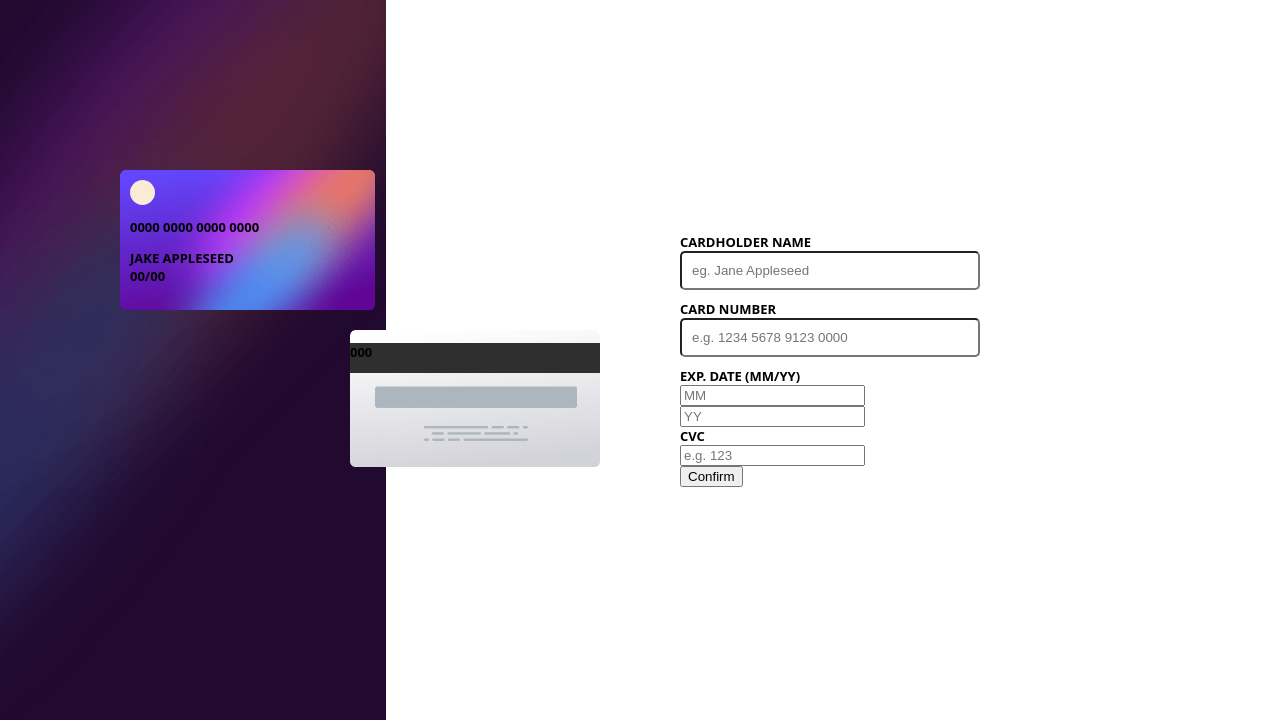
Repository: Celebration-cloud/my-project
Page: interactive-card-details-form-main/index.html
An editor plug-in stored every save of this project. The page is shown before and after the next save, followed by the edit.
The browser window is 1280 px wide. The pictures show the whole page.

Above is the page before, as saved 2023-08-23 00:55:09.

### interactive-card-details-form-main/index.html
<!DOCTYPE html>
<html lang="en">
<head>
  <meta charset="UTF-8">
  <meta name="viewport" content="width=device-width, initial-scale=1.0"> <!-- displays site properly based on user's device -->

  <link rel="icon" type="image/png" sizes="32x32" href="./images/favicon-32x32.png">
  <link rel="stylesheet" href="index.css">

  <title>Frontend Mentor | Interactive card details form</title>

  <!-- Feel free to remove these styles or customise in your own stylesheet 👍 -->
  <style>
    .attribution { font-size: 11px; text-align: center; }
    .attribution a { color: hsl(228, 45%, 44%); }
  </style>
</head>
<body>
  <div class="container">
    <section id="section-a" class="section-a">
      <div id="card">
        <div id="profile"></div><span class="detail"></span>
        <p id="card-number">0000 0000 0000 0000</p>
        <div id="others">
          <div id="card-name">JAKE APPLESEED</div>
          <div id="exp-date">00/00</div>
        </div>
      </div>
      <div id="card-back">
        <p id="cvc-digit">000</p>
      </div>

    </section>
    <!-- Add your site or application content here -->
    <!-- Card Details Form Section-->
    <section id="section-b" class="section-b">
      <form action="">
        <label for="name" id="cardholder-numeber-label">CARDHOLDER NAME</label><br/>
        <input name="name" id="cardholder-numeber-input" aria-required="false" placeholder="eg. Jane Appleseed" required/><br/>
        <label for="card-number" id="card-number-label">CARD NUMBER</label><br/>
        <input name="card-number" id="card-number-input" type="tel" aria-required="false" placeholder="e.g. 1234 5678 9123 0000" required/><br/>
        <div class="more">
          <div class="date">

          </div>
          <div class="back-info">

          </div>
        </div>
        <label for="expire-date" id="expire-date-label">EXP. DATE (MM/YY)</label><br/>
        <input name="expire-date" id="expire-date" type="tel" aria-required="false" placeholder="MM" required/><br/>
        <input name="expire-date" id="expire-date2" type="tel" aria-required="false" placeholder="YY" required/><br/>
        <label for="cvc" id="cvc-label">CVC</label><br/>
        <input name="cvc" aria-required="false" id="cvc" type="tel" placeholder="e.g. 123" required/><br/>
        <button type="submit">Confirm</button>
      </form>

    </section>
  </div>

  <!-- 0000 0000 0000 0000
  00/00

  000

  Cardholder Name
  e.g. Jane Appleseed

  Card Number
  e.g. 1234 5678 9123 0000

  Exp. Date (MM/YY)
  MM
  YY

  CVC
  e.g. 123

  Confirm -->

  <!-- Completed state start -->

  <!-- Thank you!
  We've added your card details
  Continue -->

  <!-- <div class="attribution">
    Challenge by <a href="https://www.frontendmentor.io?ref=challenge" target="_blank">Frontend Mentor</a>.
    Coded by <a href="#">Your Name Here</a>.
  </div> -->
</body>
</html>

### interactive-card-details-form-main/index.css
body{
    font-family: system-ui, -apple-system, BlinkMacSystemFont, 'Segoe UI', Roboto, Oxygen, Ubuntu, Cantarell, 'Open Sans', 'Helvetica Neue', sans-serif;
    font-weight: bolder;
    font-size: small;
    margin: 0;
    -webkit-user-select: none;
    user-select: none;
    padding: 0;
    background-image: url(images/bg-main-desktop.png);
    background-repeat: no-repeat;
    background-size: contain;
    height: 100%;
}
.container{
    display: flex;
    height: 100vh;
    gap: 80px;
}
#section-a{
    align-self: center;
    width: 50%;
    gap: 20px;
    display: flex;
    flex-direction: column;

}
#card{
    background-image: url(images/bg-card-front.png);
    background-repeat: no-repeat;
    background-size: contain;
    width: 290px;
    height: 120px;
    border-radius: 5px;
    padding: 10px;
    margin-left: 120px;
    display: flex;
    flex-direction: column;
}
#profile{
    width: 25px;
    height: 25px;
    background-color: antiquewhite;
    border-radius: 100%;
}
#card-number{

}
#others{

}
#exp-date{

}
#card-back{
    background-image: url(images/bg-card-back.png);
    background-repeat: no-repeat;
    background-size: contain;
    width: 250px;
    height: 220px;
    border-radius: 5px;
    align-self: flex-end;
}
#cvc-digit{

}
#section-b{
    align-self: center;
    width: 50%;
    gap: 20px;
    display: flex;
    flex-direction: column;
}
#cardholder-numeber-input{
    box-sizing: border-box;
    padding: 10px;
    border-radius: 5px;
    width: 50%;
    margin-bottom: 10px;
}
#card-number-input{
    box-sizing: border-box;
    padding: 10px;
    border-radius: 5px;
    width: 50%;
    margin-bottom: 10px;
}

After the next save:
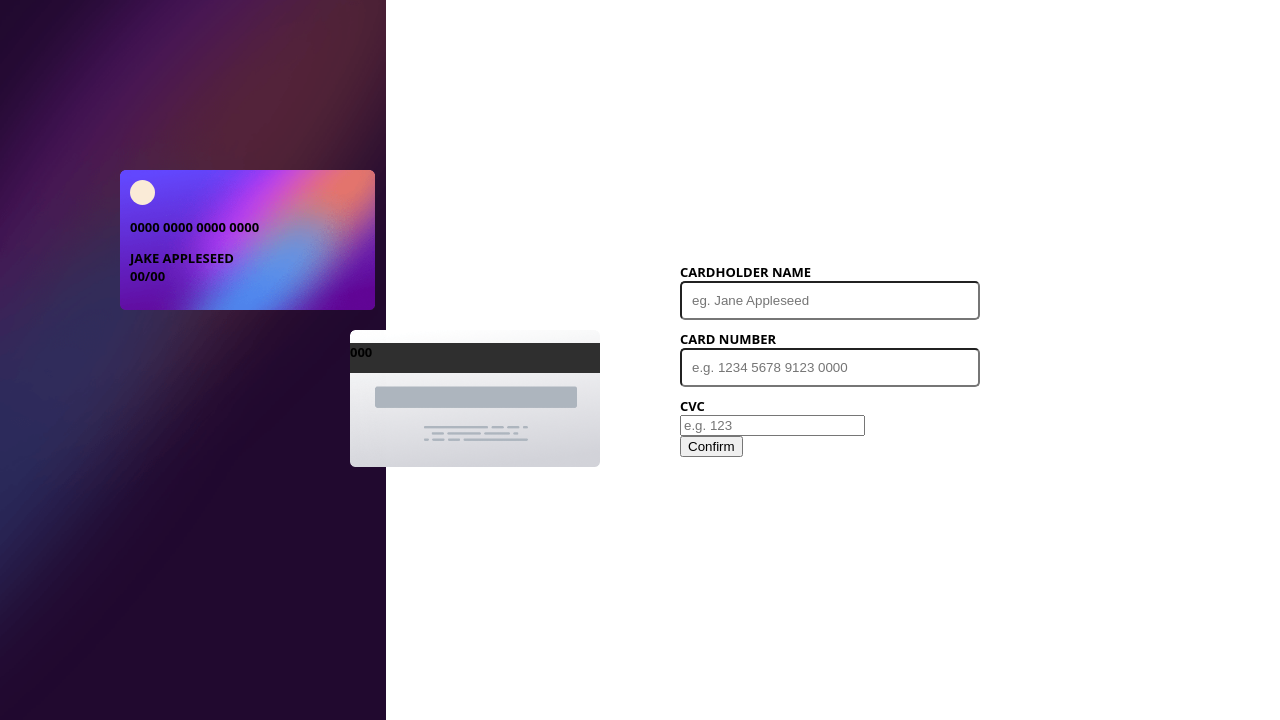
Saved 22 s later.
--- a/interactive-card-details-form-main/index.html
+++ b/interactive-card-details-form-main/index.html
@@ -47,9 +47,7 @@
 
           </div>
         </div>
-        <label for="expire-date" id="expire-date-label">EXP. DATE (MM/YY)</label><br/>
-        <input name="expire-date" id="expire-date" type="tel" aria-required="false" placeholder="MM" required/><br/>
-        <input name="expire-date" id="expire-date2" type="tel" aria-required="false" placeholder="YY" required/><br/>
+
         <label for="cvc" id="cvc-label">CVC</label><br/>
         <input name="cvc" aria-required="false" id="cvc" type="tel" placeholder="e.g. 123" required/><br/>
         <button type="submit">Confirm</button>

After the 2 saves that followed:
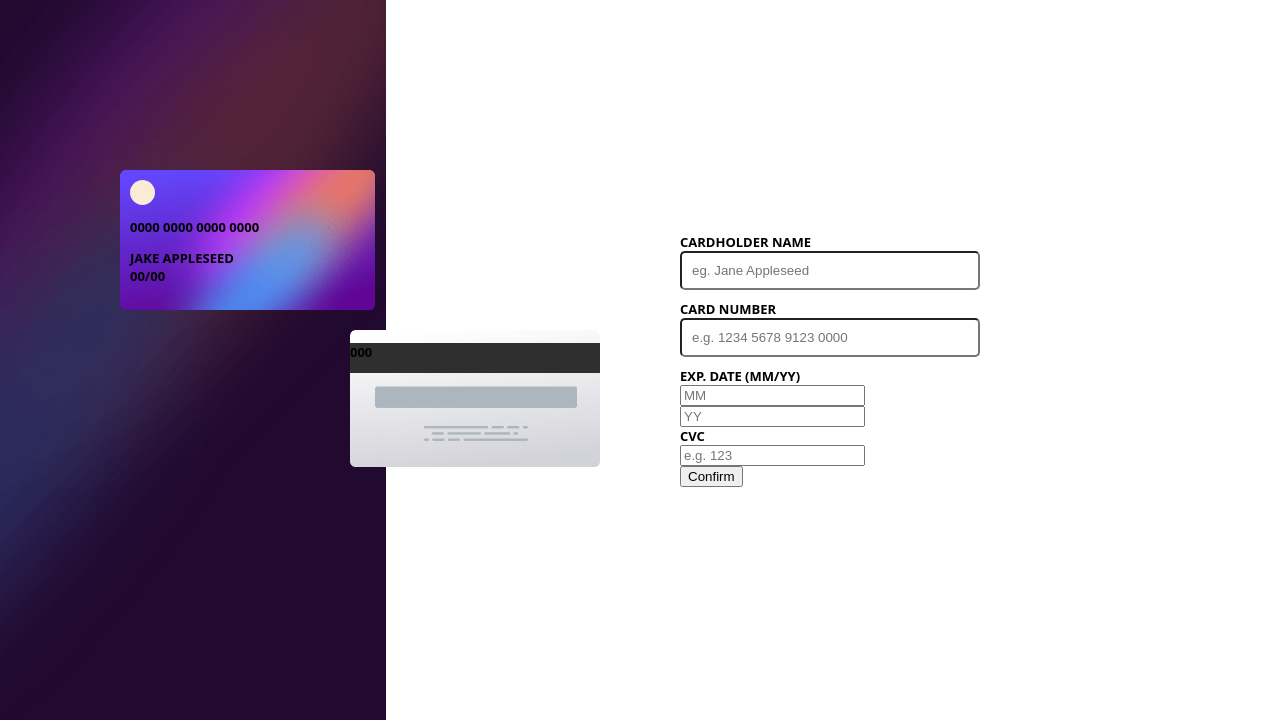
The 2 saves are shown as one change because they came seconds apart.
The last was saved 8 s later.
--- a/interactive-card-details-form-main/index.html
+++ b/interactive-card-details-form-main/index.html
@@ -41,7 +41,9 @@
         <input name="card-number" id="card-number-input" type="tel" aria-required="false" placeholder="e.g. 1234 5678 9123 0000" required/><br/>
         <div class="more">
           <div class="date">
-
+            <label for="expire-date" id="expire-date-label">EXP. DATE (MM/YY)</label><br/>
+        <input name="expire-date" id="expire-date" type="tel" aria-required="false" placeholder="MM" required/><br/>
+        <input name="expire-date" id="expire-date2" type="tel" aria-required="false" placeholder="YY" required/><br/>
           </div>
           <div class="back-info">
 
